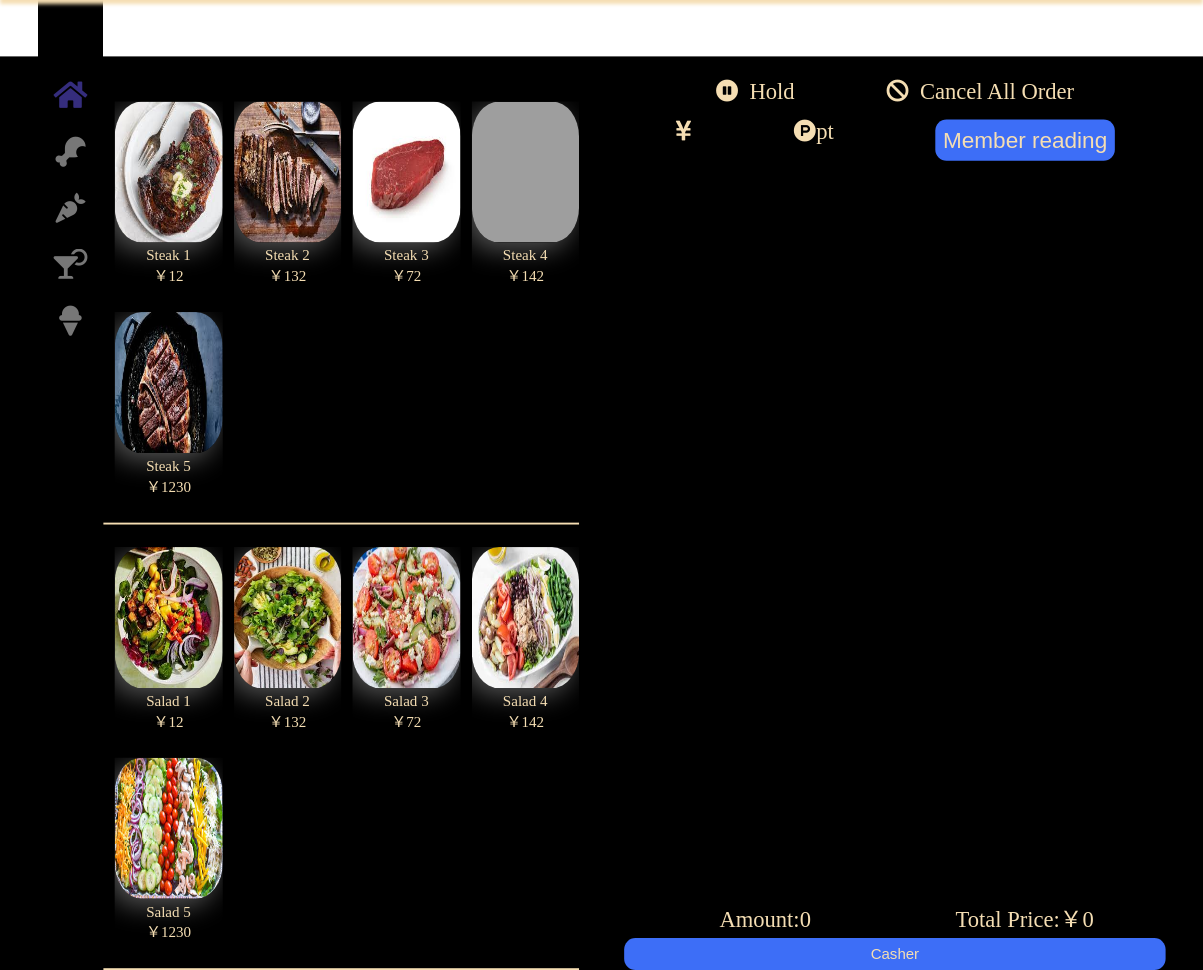
Repository: vuhungson158/Menu
Page: /
The author's editor kept a copy of each file at every save. The page is drawn from the files as they stood at one save, then again after the next save.
The browser window is 1280 px wide. The pictures show the whole page, at 94% of full size.
Pictures or frames that could not be fetched are drawn as grey boxes. The project was rebuilt for these pictures with package versions that can differ from the ones it lists, and the page was loaded fresh each time. Also part of the build but not shown: src/component/mainMenu/orderBlock/orderContent/OrderedItem.jsx, src/redux-store/actions/HoldActions.jsx, src/component/mainMenu/orderBlock/utilities/HoldItem.jsx.

Above is the page before, as saved 2021-08-22 10:30:33.

### public/index.html
<!DOCTYPE html>
<html lang="en">
  <head>
    <meta charset="utf-8" />
    <link rel="icon" href="%PUBLIC_URL%/favicon.ico" />
    <meta name="viewport" content="width=device-width, initial-scale=1" />
    <meta name="theme-color" content="#000000" />
    <meta
      name="description"
      content="Web site created using create-react-app"
    />
    <link rel="apple-touch-icon" href="%PUBLIC_URL%/logo192.png" />
    <!--
      manifest.json provides metadata used when your web app is installed on a
      user's mobile device or desktop. See https://developers.google.com/web/fundamentals/web-app-manifest/
    -->
    <link rel="manifest" href="%PUBLIC_URL%/manifest.json" />
    <link rel="stylesheet" href="fontawesome-5.15.3-web/css/all.min.css">

    <!--
      Notice the use of %PUBLIC_URL% in the tags above.
      It will be replaced with the URL of the `public` folder during the build.
      Only files inside the `public` folder can be referenced from the HTML.

      Unlike "/favicon.ico" or "favicon.ico", "%PUBLIC_URL%/favicon.ico" will
      work correctly both with client-side routing and a non-root public URL.
      Learn how to configure a non-root public URL by running `npm run build`.
    -->
    <title>Restaurant Menu</title>
  </head>
  <body>
    <noscript>You need to enable JavaScript to run this app.</noscript>
    <div id="root"></div>
    <!--
      This HTML file is a template.
      If you open it directly in the browser, you will see an empty page.

      You can add webfonts, meta tags, or analytics to this file.
      The build step will place the bundled scripts into the <body> tag.

      To begin the development, run `npm start` or `yarn start`.
      To create a production bundle, use `npm run build` or `yarn build`.
    -->
  </body>
</html>

### src/redux-store/index.jsx
import { createStore, applyMiddleware } from "redux";
import { composeWithDevTools } from "redux-devtools-extension";
import thunk from "redux-thunk";
import rootReducer from "./reducers";

const initialState = {};

const middleware = [thunk];

const store = createStore(
    rootReducer,
    initialState,
    composeWithDevTools(applyMiddleware(...middleware))
);

export default store;

### src/component/mainMenu/index.jsx
import React from 'react';
import CenterMenu from './centerMenu';
import OrderBlock from './orderBlock';

const MainMenu = () => {
    return (
        <div id="main-menu">
            <div className="container">
                <div className="grid">
                    <CenterMenu />
                    <OrderBlock />
                </div>
            </div>
        </div >
    )
}

export default MainMenu

### src/styles/App.scss
@import "./_variables";
@import "./mixin";

* {
    box-sizing: border-box;
    font-family: "Fira sans", sans-serif;
}
body {
    font-size: 10px;
}

@media (max-width: $breakpoint_mobile) {
    :root {
        --container_width: 100%;
    }
}
@media (min-width: $breakpoint_mobile) {
    :root {
        --container_width: 720px;
    }
}
@media (min-width: $breakpoint_ipad) {
    :root {
        --container_width: 960px;
    }
}
@media (min-width: $breakpoint_sm_pc) {
    :root {
        --container_width: 1200px;
    }
}
@media (min-width: $breakpoint_pc) {
    :root {
        --container_width: 1800px;
    }
}

.container {
    margin: 0 auto;
    max-width: var(--container_width);
}

#navbar {
    position: fixed;
    height: $navbar_height;
    top: 0;
    left: 0;
    right: 0;
    z-index: $navbar_z-index;
    background-color: $background-color_1st;
    color: $color_1st;
    box-shadow: 0 4px 4px 0 $color_1st;
    transition: 0.5s;

    .container {
        position: relative;
        display: flex;
        align-items: center;
        justify-content: space-between;

        h1 {
            color: $color_1st;
            font-size: 3.6rem;
            font-weight: 900;
            letter-spacing: 2px;
            text-transform: uppercase;
        }

        #clock {
            font-size: 2.4rem;
            font-weight: 600;
        }

        .setting-icon {
            display: block;
            position: relative;
            z-index: 1;
            user-select: none;
            appearance: none;
            border: none;
            outline: none;
            background: none;
            cursor: pointer;

            span {
                display: block;
                position: relative;
                width: 36px;
                height: 4px;
                margin-bottom: 6px;
                background-color: $background-color_2nd;
                border-radius: 10%;
                z-index: 1;
                transform-origin: 0 0;
                transition: 0.5s;
            }

            &:hover span:nth-child(2) {
                background-color: $color_3rd;
            }

            &.active {
                span:nth-child(1) {
                    transform: translate(0px, -2px) rotate(45deg);
                }
                span:nth-child(2) {
                    opacity: 0;
                    transform: translateX(36px);
                }
                span:nth-child(3) {
                    transform: translate(-3px, 3px) rotate(-45deg);
                }
            }
            .setting-menu {
                position: absolute;
                right: 0;
                border: 2px solid $color_2nd;
                border-radius: 5%;
                overflow: hidden;
                padding: 12px;
                background-color: $background-color_1st;
                cursor: auto;
                animation: dropDown 0.2s;

                li {
                    min-width: 120px;
                    cursor: pointer;
                    text-align: center;
                    padding: 12px 8px;
                    font-size: 1.6rem;
                    transition: 0.2s;
                    &:hover {
                        transform: scale(1.2);
                        color: $color_3rd;
                    }
                }
            }
        }
    }
}

#main-menu {
    background-color: $background-color_1st;
    margin-top: $navbar_height;
    min-height: 100vh;
    .container {
        padding-top: 24px;
        .grid {
            --margin_left: 48px;
            display: flex;
            margin-left: calc(-1 * var(--margin_left));
            #center-menu,
            #order-block {
                margin-left: var(--margin_left);
                width: calc(50% - var(--margin_left));
            }
            #center-menu {
                --side-nav_width: 70px;
                #side-nav {
                    position: fixed;
                    top: 0;
                    bottom: 0;
                    width: var(--side-nav_width);
                    background: $background-color_1st;
                    overflow: hidden;
                    transition: width 0.2s;
                    z-index: 1;
                    &:hover {
                        width: 300px;
                    }
                    ul {
                        position: absolute;
                        top: 0;
                        left: 0;
                        width: 100%;
                        padding-left: 5px;
                        top: 10%;
                        li {
                            opacity: 0.5;
                            a {
                                position: relative;
                                display: block;
                                width: 100%;
                                display: flex;
                                text-decoration: none;
                                color: $color_2nd;
                                font-size: 2rem;
                                .icon {
                                    position: relative;
                                    display: block;
                                    min-width: 60px;
                                    height: 60px;
                                    line-height: 60px;
                                    text-align: center;
                                    i {
                                        position: relative;
                                        font-size: 2rem;
                                        z-index: 1;
                                    }
                                }
                                .title {
                                    position: relative;
                                    display: block;
                                    padding-left: 10px;
                                    height: 60px;
                                    line-height: 60px;
                                    white-space: nowrap;
                                }
                            }
                            &.active,
                            &:hover {
                                .icon,
                                .title {
                                    transition: 0.2s;
                                    color: $color_3rd;
                                }
                            }
                        }
                    }
                }
                #menu {
                    margin-left: calc(var(--side-nav_width) + 12px);
                    .page {
                        --spacing: 12px;
                        --columns: 4;
                        display: flex;
                        flex-wrap: wrap;
                        margin-left: calc(-1 * var(--spacing));
                        margin-top: calc(2 * var(--spacing));
                        border-bottom: 2px solid $background-color_2nd;
                        .food-item {
                            overflow: hidden;
                            margin-left: var(--spacing);
                            width: calc(100% / var(--columns) - var(--spacing));
                            display: flex;
                            flex-direction: column;
                            height: 200px;
                            cursor: pointer;
                            margin-bottom: calc(2 * var(--spacing));
                            transition: 0.2s;
                            &:hover .food-img {
                                box-shadow: 7px -7px 28px 0 $background-color_3rd;
                            }
                            .food-img {
                                height: 150px;
                                border-radius: 25%;
                                box-shadow: -7px 7px 28px 0 $box-shadow-color;
                            }
                            .food-name,
                            .food-price {
                                color: $color_1st;
                                text-align: center;
                                margin-top: calc(0.5 * var(--spacing));
                            }
                        }
                    }
                }
            }
            #order-block {
                display: flex;
                flex-direction: column;
                #utilities {
                    position: relative;
                    display: flex;
                    justify-content: space-evenly;
                    color: $color_1st;
                    font-size: 1.5rem;
                    z-index: 1;
                    & > div {
                        cursor: pointer;
                        transition: 0.2s;
                        &:hover {
                            color: $color_3rd;
                        }
                    }
                    #hold-table {
                        position: absolute;
                        left: 0;
                        width: 100%;
                        z-index: 100;
                        background-color: $background-color_1st;
                        border: 1px solid $background-color_2nd;
                        cursor: default;
                        text-align: center;
                        margin-top: 24px;
                        animation: dropDown 0.2s;
                        &:hover {
                            color: $color_1st;
                        }
                        thead {
                            background-color: $background-color_4th;
                            td {
                                color: $color_1st;
                                padding: 6px 0;
                                font-weight: 600;
                            }
                        }
                        tbody {
                            tr {
                                transition: 0.2s;
                                cursor: pointer;
                                box-sizing: border-box;
                                td {
                                    padding: 24px 0;
                                }
                                &:hover {
                                    color: $color_3rd;
                                    border: 1px solid $background-color_2nd;
                                }
                            }
                        }
                    }
                }
                #member-info {
                    display: flex;
                    justify-content: space-around;
                    color: $color_1st;
                    font-size: 1.5rem;
                    margin-top: 18px;
                    .member-reading {
                        border-radius: 12px;
                        border: 0;
                        background-color: $background-color_4th;
                        color: $color_1st;
                        padding: 8px;
                        &:hover {
                            opacity: 0.8;
                        }
                    }
                }
                #order-list {
                    flex-grow: 1;
                }
                #total {
                    display: flex;
                    color: $color_1st;
                    font-size: 1.5rem;
                    margin: 8px 12px;
                    & > div {
                        width: 50% ;
                        text-align: center;
                    }
                }
                #casher-btn {
                    border-radius: 12px;
                    border: 0;
                    background-color: $background-color_4th;
                    color: $color_1st;
                    padding: 8px;
                    &:hover {
                        opacity: 0.8;
                    }
                }
            }
        }
    }
}

### src/redux-store/reducers/index.jsx
import { combineReducers } from "redux";
import HoldReducer from "./HoldReducer";
import MenuReducer from "./MenuReducer";
import OrderReducer from "./OrderReducer";

const rootReducer = combineReducers({
    menu: MenuReducer,
    order: OrderReducer,
    hold:HoldReducer
});

export default rootReducer;

### src/component/mainMenu/centerMenu/index.jsx
import React from 'react';
import MenuPage from './MenuPage';
import PropTypes from 'prop-types';
import { connect } from 'react-redux';
import SideBar from './sidebar';

const CenterMenu = ({ foods }) => {
    return (
        <div id="center-menu">
            <SideBar />
            <div id="menu">
                {
                    Object.entries(foods).map(page => (
                        <MenuPage key={page[0]} page={page[1]} />
                    ))
                }
            </div>
        </div >
    )
};

CenterMenu.prototype = {
    foods: PropTypes.array.isRequired,
};

const mapStateToProps = state => ({
    foods: state.menu.foods
});

export default connect(mapStateToProps)(CenterMenu)

### src/component/mainMenu/orderBlock/index.jsx
import React from 'react'
import MemberInfo from './MemberInfo'
import OrderedContent from './orderContent'
import Utilities from './utilities'


const OrderBlock = () => {

    return (
        <div id="order-block" className="d-flex flex-column">
            <Utilities />
            <MemberInfo />
            <OrderedContent />
            <button id="casher-btn" className="btn btn-primary">Casher</button>
        </div>
    )
}

export default OrderBlock

### src/component/navbar/Clock.jsx
import React, { useEffect, useState } from 'react'
import { showTime } from '../../pure-JS/MyTime';

const Clock = () => {

    const [clock, setClock] = useState("")

    useEffect(() => {
        const intervalClock = setInterval(() => setClock(showTime()), 1000);
        return () => clearInterval(intervalClock);
    }, []);

    return (
        <div id="clock">{clock ? clock : showTime()}</div>
    )
}

export default Clock

### src/styles/_variables.scss
:root {
    --spacing: 0;
    --container_width: 0;
    --columns: 0;
}

// Color
$color_1st: wheat;
$color_2nd: #eee;
$color_3rd: #6a5af9;
$color_4th: #3d6ef7;
$color_light: #ededed;
$color_dark: black;

$box-shadow-color: #555;

// Background Color
$background-color_1st: black;
$background-color_2nd: wheat;
$background-color_3rd: #6a5af9;
$background-color_4th: #3D6EF7;;

// z-index
$navbar_z-index: 99;

// Height
$navbar_height: 60px;

// Width
$breakpoint_mobile: 768px;
$breakpoint_ipad: 1024px;
$breakpoint_sm_pc: 1224px;
$breakpoint_pc: 1824px;

### src/styles/_mixin.scss
@keyframes dropDown {
    0% {
        transform: translateY(-100px);
    }
    100% {
        transform: skewY(0);
    }
}

### src/redux-store/reducers/HoldReducer.jsx
import { MAKE_HOLD } from "../actions/TYPE";

var initialState = {
    holder: [{}, {}, {}, {}, {}, {}, {}, {}, {}, {}]
}

const HoldReducer = (state = initialState, action) => {
    const { type, payload } = action;

    switch (type) {
        case MAKE_HOLD:
            if (payload.totalAmount === 0) {
                state.holder[payload.index] = {};
                return state;
            } else {
                state.holder[payload.index] = payload;
                return state;
            }
        default:
            return state;
    }
};

export default HoldReducer;

### src/redux-store/reducers/MenuReducer.jsx
import { SWITCH_BRANCH } from "../actions/TYPE";
import { MenuInitialState } from "./MenuInitialState";

const MenuReducer = (state = MenuInitialState, action) => {
    const { type, payload } = action;

    switch (type) {
        case SWITCH_BRANCH:
            return {
                ...state,
                branchs: state.branchs.map((branch) => {
                    if (branch.id === payload) branch.active = true;
                    else if (branch.active) branch.active = false;
                    return branch;
                })
            };
        default:
            return state;
    }
};

export default MenuReducer;

### src/component/mainMenu/centerMenu/MenuPage.jsx
import React from 'react'
import MenuItem from './MenuItem'

const MenuPage = ({ page }) => {
    return (
        <div className="page">
            {
                page.map((food) => (
                    <MenuItem key={food.id} food={food} />
                ))
            }
        </div>
    )
}

export default MenuPage

### src/component/mainMenu/centerMenu/sidebar/index.jsx
import React from 'react'
import PropTypes from 'prop-types';
import { connect } from 'react-redux';
import { switchBranch } from '../../../../redux-store/actions/MenuActions';

const SideBar = ({branchs, switchBranch}) => {
    return (
        <div id="side-nav" className="side-nav">
            <ul>
                {
                    branchs.map((branch) => (
                        <li key={branch.id} className={branch.active ? "list active" : "list"} >
                            <a href="/#" onClick={() => switchBranch(branch.id)}>
                                <span className="icon"><i className={branch.icon}></i></span>
                                <span className="title">{branch.name}</span>
                            </a>
                        </li>
                    ))
                }
            </ul>
        </div>
    )
}

SideBar.prototype = {
    branchs: PropTypes.array.isRequired,
    switchBranch: PropTypes.func.isRequired
};

const mapStateToProps = state => ({
    branchs: state.menu.branchs
});

export default connect(mapStateToProps, { switchBranch })(SideBar)

### src/component/mainMenu/orderBlock/MemberInfo.jsx
import React from 'react'

const MemberInfo = () => {
    return (
        <div id="member-info">
            <div>
                <i className="fas fa-yen-sign"></i>
                <span></span>
            </div>
            <div>
                <i className="fab fa-product-hunt"></i>
                <span>pt</span>
            </div>
            <button className="member-reading">
                Member reading
            </button>
        </div>
    )
}

export default MemberInfo

### src/component/mainMenu/centerMenu/MenuItem.jsx
import React from 'react'
import PropTypes from 'prop-types';
import { connect } from 'react-redux';
import { addToOrder } from '../../../redux-store/actions/OrderActions';

const MenuItem = ({ food, addToOrder }) => {

    return (
        <div className="food-item" key={food.id} onClick={() => { addToOrder(food) }}>
            <img className="food-img" src={food.img} alt="" />
            <div className="food-name">{food.name}</div>
            <div className="food-price">￥{food.price}</div>
        </div>
    )
}

MenuItem.prototype = {
    addToOrder: PropTypes.func.isRequired,
};

const mapStateToProps = state => ({
});

export default connect(mapStateToProps, { addToOrder })(MenuItem)

### src/redux-store/actions/MenuActions.jsx
import { SWITCH_BRANCH } from "./TYPE";


export const switchBranch = newID => dispatch => {
    dispatch({
        type: SWITCH_BRANCH,
        payload: newID
    })
};

### src/redux-store/actions/OrderActions.jsx
import { ADD_ORDER, AMOUNT_DOWN, AMOUNT_UP, CHANGE_AMOUNT, CLEAR_ALL, HOLD_TO_ORDER } from "./TYPE";
import { v4 as uuidV4 } from "uuid";

export const addToOrder = item => dispatch => {
    dispatch({
        type: ADD_ORDER,
        payload: { ...item, id: uuidV4(), amount: 1 }
    })
};

export const holdToOrder = orders => dispatch => {
    dispatch({
        type: HOLD_TO_ORDER,
        payload: orders
    })
};

export const changeAmount = (id, amount) => dispatch => {
    dispatch({
        type: CHANGE_AMOUNT,
        payload: { id, amount: parseInt(amount, 10) }
    })
};

export const amountUp = id => dispatch => {
    dispatch({
        type: AMOUNT_UP,
        payload: id
    })
};

export const amountDown = (id, amount) => dispatch => {
    dispatch({
        type: AMOUNT_DOWN,
        payload: { id, amount }
    })
};

export const clearAll = () => dispatch => {
    dispatch({
        type: CLEAR_ALL,
        payload: null
    })
};

Loaded but not shown: src/serviceWorker.js (common file); src/styles/Reset.css (common file); public/fontawesome-5.15.3-web/css/all.min.css (library); src/redux-store/reducers/MenuInitialState.js (124 lines, source omitted); src/index.js (20 lines, source omitted); src/redux-store/actions/TYPE.js (13 lines, source omitted); src/pure-JS/MyTime.js (13 lines, source omitted); src/App.js (16 lines, source omitted); src/redux-store/reducers/OrderReducer.jsx (71 lines, source omitted); src/component/mainMenu/orderBlock/utilities/index.jsx (54 lines, source omitted); src/component/navbar/index.jsx (47 lines, source omitted); src/component/mainMenu/orderBlock/orderContent/index.jsx (43 lines, source omitted)

After the next save:
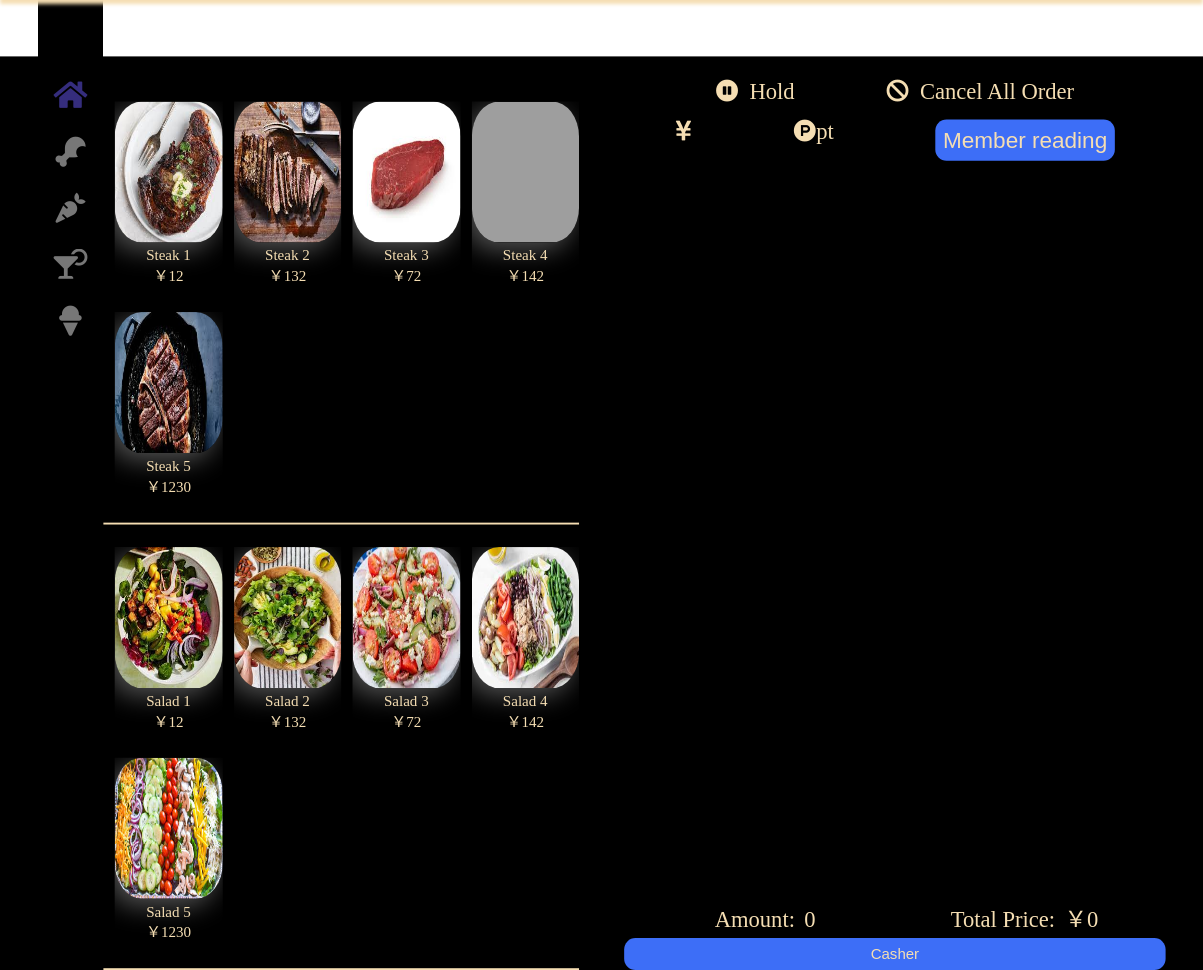
Saved 38 s later.
--- a/src/styles/App.scss
+++ b/src/styles/App.scss
@@ -339,6 +339,9 @@ body {
                     & > div {
                         width: 50% ;
                         text-align: center;
+                        span{
+                            margin-left: 10px;
+                        }
                     }
                 }
                 #casher-btn {
